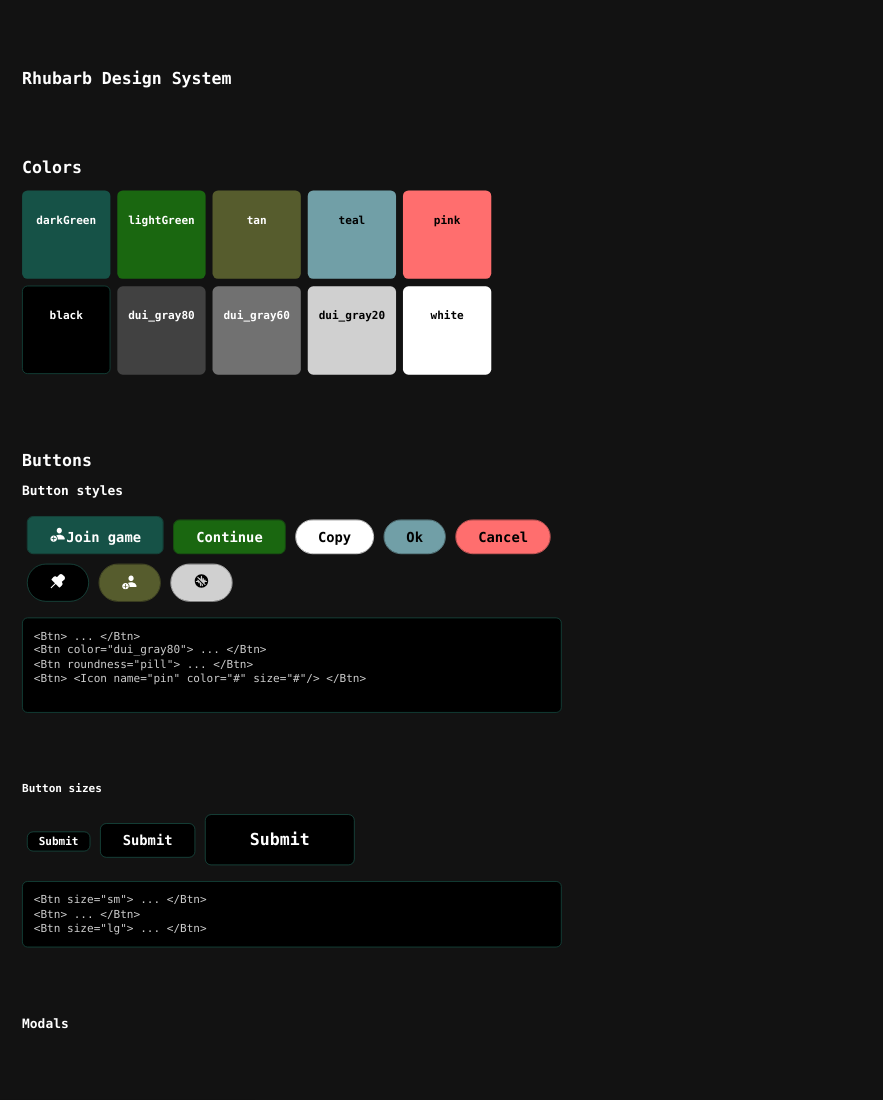
Repository: kttalley/designing-with-data_react-class
Page: / (app in lesson6_design-system-component-extension/)
An editor plug-in stored every save of this project. The page is shown before and after a run of saves, followed by the edit.
The browser window is 1280 px wide. The pictures show the whole page, at 69% of full size.
The project was rebuilt for these pictures with package versions that can differ from the ones it lists, and the page was loaded fresh each time. Imported but missing from the stored project, and not drawn on this page: lesson6_design-system-component-extension/src/Rhubarb/Input.

Above is the page before, as saved 2023-09-01 12:57:28.

After the next 2 saves:
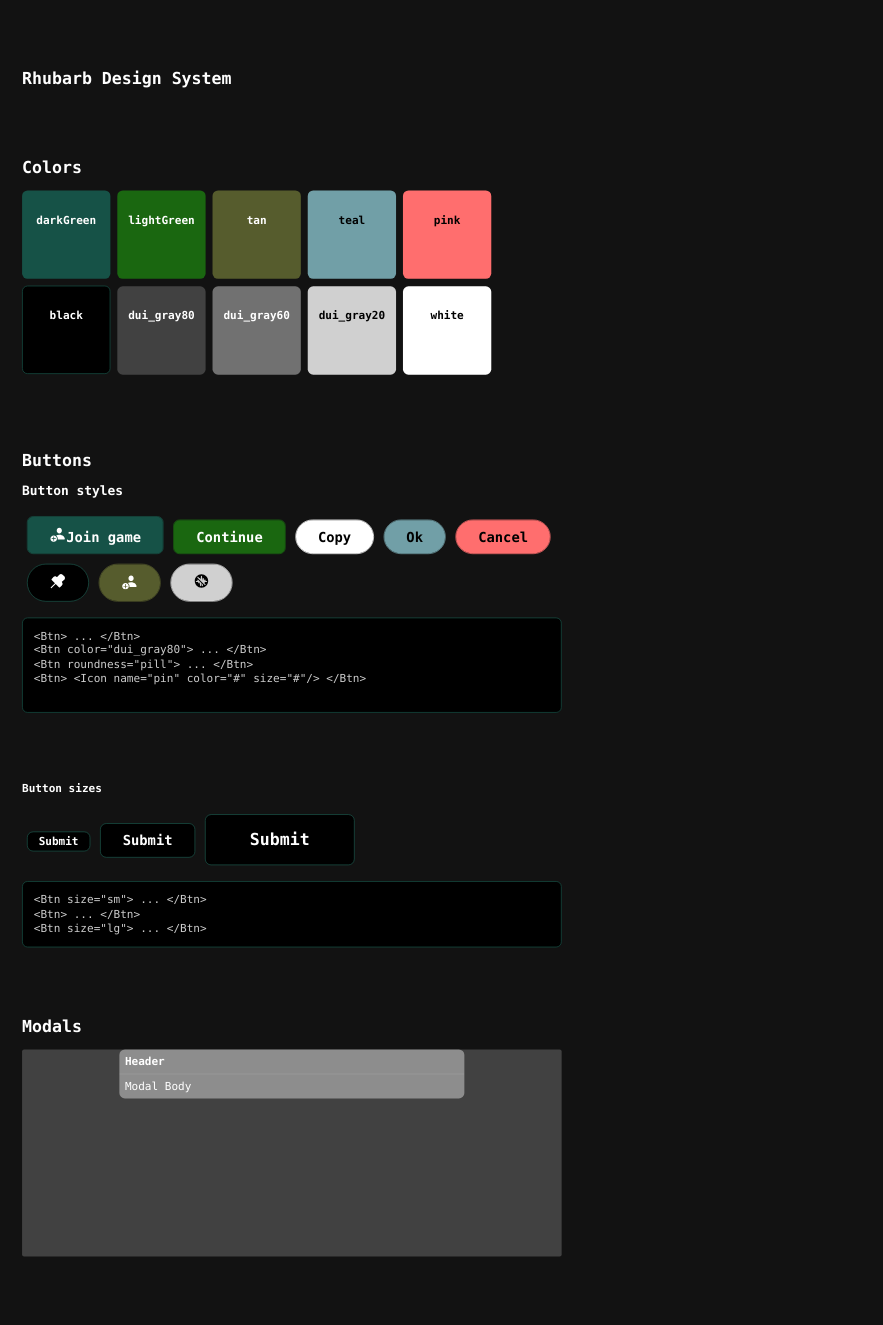
The 2 saves are shown as one change because 1 did not build or start.
The last was saved 2 min 37 s later.
--- a/lesson6_design-system-component-extension/src/App.js
+++ b/lesson6_design-system-component-extension/src/App.js
@@ -77,8 +77,12 @@ class App extends Component {
 
 
         <DocsSection>
-          <h3>Modals</h3>
-          {/* <Modal color="dui_gray80"><h1>hello</h1></Modal> */}
+          <h2>Modals</h2>
+         <DocsModalContainer>
+            <Modal header="Header">
+              Modal Body
+            </Modal>
+         </DocsModalContainer>
 
         </DocsSection>
       </div>
--- a/lesson6_design-system-component-extension/src/Rhubarb/Modal.js
+++ b/lesson6_design-system-component-extension/src/Rhubarb/Modal.js
@@ -42,7 +42,7 @@ const ModalBody = styled.div`
 `;
 
 
-const ModalDismissIcon = styled(Icon)`
+const ModalDismissIcon = styled.div`
   float: right;
   transition: 0.2s opacity easy;
   cursor: pointer;
@@ -60,7 +60,7 @@ export const Modal = function(props) {
         <span>
           { props.header }
         </span>
-        <ModalDismissIcon onClick={ props.onDismiss } name="remove" size={20} fill={color.white} />
+        {/* <ModalDismissIcon onClick={ props.onDismiss } name="remove" size={20} fill={color.white} /> */}
       </ModalHeader>
       <ModalBody>
         { props.children }
